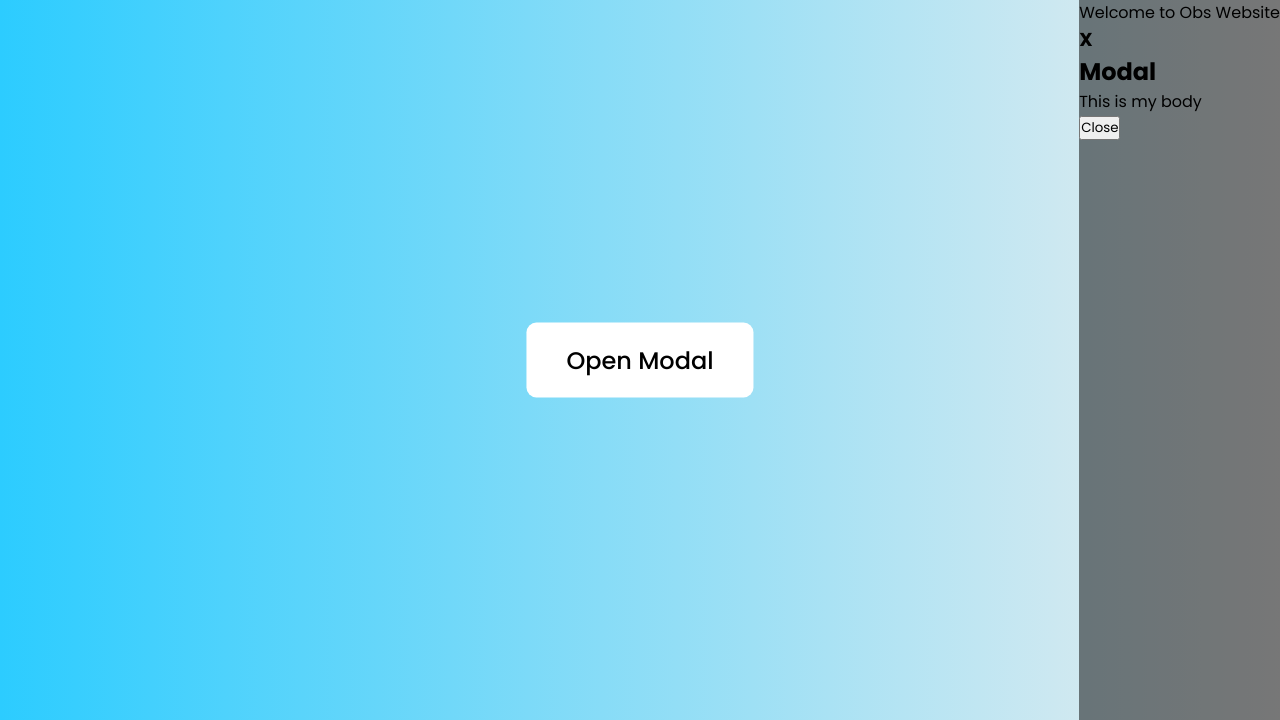
Repository: lausamtuong/Modal_card
Page: index.html
An editor plug-in stored every save of this project. The page is shown before and after the next save, followed by the edit.
The browser window is 1280 px wide. The pictures show the whole page.
The style sheet was rebuilt from its Sass, Less or Tailwind sources for each picture, by a compiler version that may differ from the author's.

Above is the page before, as saved 2021-12-15 06:47:09.

### index.html
<!DOCTYPE html>
<html lang="en">
<head>
    <meta charset="UTF-8">
    <meta http-equiv="X-UA-Compatible" content="IE=edge">
    <meta name="viewport" content="width=device-width, initial-scale=1.0">
    <link rel="stylesheet" href="style.css">
    <link href="https://fonts.googleapis.com/css2?family=Poppins:wght@400;500;700&display=swap" rel="stylesheet">
    <title>Document</title>
</head>
<body>
    <button class="open__btn">Open Modal</button>
    <div class="modal">
        <div class="modal__inner">
            <div class="modal__header">
                <p>Welcome to Obs Website</p>
                <h3>X</h3>
            </div>
            <div class="modal__body">
                <h2>Modal</h2>
                <p>This is my body</p>
            </div>
            <div class="modal__footer">
                <button class="modal__close-btn">Close</button>
            </div>
        </div>
    </div>
</body>
</html>

### style.scss
*{
    margin: 0;
    padding: 0;
    box-sizing: border-box;
    font-family: 'Poppins', sans-serif;
}
body{
    height: 100vh;
    background:  linear-gradient( to right,#2cccff ,#eee );;
}
.open__btn{
     position: relative;;
   top:50%;
   left:50%;
   transform: translate(-50%,-50%);
   outline: none;
   border: none;
   padding : 20px 40px;
   font-weight: 500;
   font-size: 1.5rem;
   border-radius: 10px;
   background-color:#fff;
   &:hover{
      opacity: 0.7;
       cursor: pointer;
       transition: 0.5s;
   }
}
.modal{
    background-color: rgba(0,0,0,0.5);
    position:fixed;
    top:0;
    bottom:0;
    right:0;
}

After the next save:
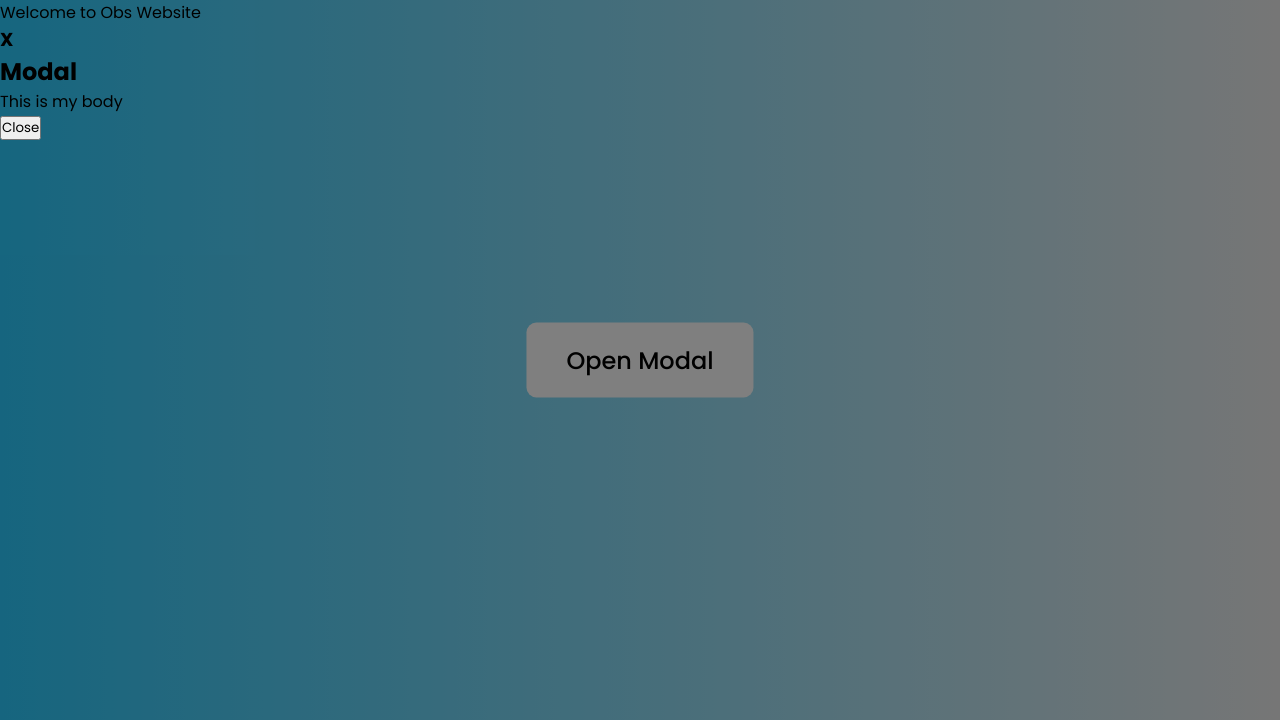
Saved 4 s later.
--- a/style.scss
+++ b/style.scss
@@ -32,4 +32,5 @@ body{
     top:0;
     bottom:0;
     right:0;
+    left:0;
 }
